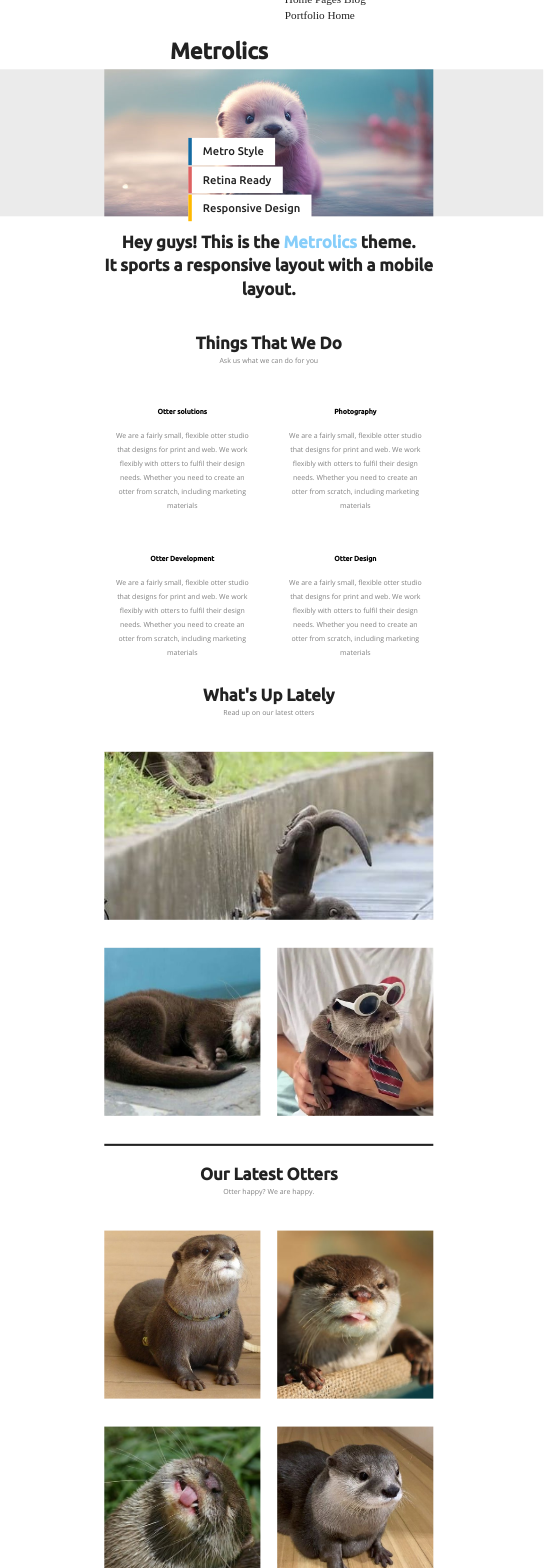
Repository: kennyharman/Marlowe_Kenny_Lab_02B
Page: index.html
These files come from the project's save history. The page is drawn as it stood at one moment and after the next save; the edit follows.
The browser window is 768 px wide. The page is 784 px wide, so the pictures cover 784 px, including what lies to the right of the window. The pictures show the part of the page from y = 0 to 2240 px (the page is 4046 px tall), at 70% of full size.

Above is the page before, as saved 2024-02-09 18:29:22.

### index.html
<!doctype html>
<html class="no-js" lang="EN">

<head>
  <meta charset="utf-8">
  <meta name="viewport" content="width=device-width, initial-scale=1">
  <title></title>
  <link rel="stylesheet" href="css/style.css">
  <link href="https://fonts.googleapis.com/css2?family=Open+Sans:ital,wght@0,400;0,700;1,400&family=Ubuntu:ital,wght@0,300;0,500;1,300&display=swap" rel="stylesheet">
  <meta name="description" content="">

  <meta property="og:title" content="Metrolics page">
  <meta property="og:type" content="website">
  <meta property="og:url" content="http://localhost:8888/metrolics/">

  <link rel="icon" href="/favicon.ico" sizes="any">
  <link rel="icon" href="/icon.svg" type="image/svg+xml">
  <link rel="apple-touch-icon" href="icon.png">

  <link rel="manifest" href="site.webmanifest">
  <meta name="theme-color" content="#fafafa">
</head>

<body class="page">
  <script src="js/app.js"></script>

<header class="page__header">
  <div class="row m-col-2 l-col-2 menu">
    <div class="col header__menu-logo">
      <h1>Metrolics</h1>
    </div>
    <div class="col header__menu-nav">
      Home
      Pages
      Blog
      Portfolio
      Home
    </div>
</header>

<main>
  <div class="page__banner">
    <div class="col banner-header">
      <img src="images/pink_otter.jpg">
      <ul class="listed-items">
        <li>Metro Style</li>
        <li>Retina Ready</li>
        <li>Responsive Design</li>
      </ul>
    </div>
  </div>
  <div class="page__section">
    <div class="row header">
      <div class="col header-text">
        <h2>Hey guys! This is the <span class="text__color-change">Metrolics</span> theme.<br/>It sports a responsive layout with a mobile layout.</h2>
      </div>
    </div>
  </div>

  <div class="section-services">
    <div class="row m-col-2 l-col-4">
      <div class="col m-row-span l-row-span heading">
        <h3>Things That We Do</h3>
        <p>Ask us what we can do for you</p>
      </div>
      <div class="col services-card">
        <h4>Otter solutions</h4>
        We are a fairly small, flexible otter studio that designs for print and web. We work flexibly with otters to fulfil their design needs. Whether you need to create an otter from scratch, including marketing materials
      </div>
      <div class="col services-card">
        <h4>Photography</h4>
        We are a fairly small, flexible otter studio that designs for print and web. We work flexibly with otters to fulfil their design needs. Whether you need to create an otter from scratch, including marketing materials
      </div>
      <div class="col services-card">
        <h4>Otter Development</h4>
        We are a fairly small, flexible otter studio that designs for print and web. We work flexibly with otters to fulfil their design needs. Whether you need to create an otter from scratch, including marketing materials
      </div>
      <div class="col services-card">
        <h4>Otter Design</h4>
        We are a fairly small, flexible otter studio that designs for print and web. We work flexibly with otters to fulfil their design needs. Whether you need to create an otter from scratch, including marketing materials
      </div>
    </div>
  </div>
    </div>
  </div>

  <div class="section-work">
    <div class="row m-col-2 l-col-3">
      <div class="col m-row-span l-row-span heading">
        <h3>What's Up Lately</h3>
        <p>Read up on our latest otters</p>
      </div>
      <div class="col m-row-span image">
        <img src="images/otter7.jpg" alt="Otter Fall">
      </div>
      <div class="col image">
        <img src="images/otter8.jpg" alt="Sleepy Otter">
      </div>
      <div class="col image">
        <img src="images/otter9.jpg" alt="Madi the Otter">
      </div>
    </div>
  </div>

  <div class="section-projects">
    <div class="row m-col-2 l-col-3">
      <div class="col m-row-span l-row-span heading">
        <h3>Our Latest Otters</h3>
        <p>Otter happy? We are happy.</p>
      </div>
      <div class="col image">
        <img src="images/otter1.jpg" alt="Curious Otter">
      </div>
      <div class="col image">
        <img src="images/otter2.jpg" alt="Teasing Otter">
      </div>
      <div class="col image">
        <img src="images/otter3.jpg" alt="Otter Playing Dead">
      </div>
      <div class="col image">
        <img src="images/otter4.jpg" alt="Pondering Otter">
      </div>
      <div class="col image">
        <img src="images/otter5.jpg" alt="Loving Otters">
      </div>
      <div class="col image">
        <img src="images/otter6.jpg" alt="Wise Otter">
      </div>
    </div>
  </div>

  <div class="section-misc">
    <div class="row l-col-2">
      <div class="col l-row-span heading">
        <h3>Thingsofabove</h3>
        <p>Misc otters we could not put anyplace else</p>
      </div>
      <div class="col misc-content">
        <img src="images/otter10.jpg" alt="Snazzy Otter">
      </div>
      <div class="col misc-content">
        <img src="images/otter11.jpg" alt="Hello Kitty Otter">
      </div>
    </div>
  </div>

  <div class="section-affiliates">
    <div class="row m-col-5 l-col-5">
      <div class="col affiliates-card">
        <img src="images/otter12.jpg" alt="Otter Hug">
      </div>
      <div class="col affiliates-card">
        <img src="images/otter13.jpg" alt="Otter Stretch">
      </div>
      <div class="col affiliates-card">
        <img src="images/otter14.jpg" alt="Surprised Otter">
      </div>
      <div class="col affiliates-card">
        <img src="images/otter15.jpg" alt="Otter Bath">
      </div>
      <div class="col affiliates-card">
        <img src="images/otter16.jpg" alt="Otter Bear">
      </div>
    </div>
  </div>
</main>
<footer class="page__footer">
  <div class="row m-col-2 l-col-4 footer">
    <div class="col m-row-span l-row-span footer-heading">
      <h3>Peewee Herman</h3>
      <p>Peewee has over 10 years experience in the industry. He is our Creative Director, digital designer, web designer and front-end developer. He is also pretty good with a sketchbook. Before starting the company Peewee worked as a designer and studio manager for a design house who boasted a number of big name clients.</p>
    </div>
    <div class="col footer-item">
      <h3>About Us</h3>
    </div>
    <div class="col footer-item">
      <h3>Flickr Photos</h3>
    </div>
    <div class="col footer-item">
      <h3>Recent Tweets</h3>
    </div>
    <div class="col footer-item">
      <h3>Newsletter</h3>
    </div>
  </div>
</footer>
</body>

### css/style.css
/*! HTML5 Boilerplate v9.0.0-RC1 | MIT License | https://html5boilerplate.com/ */

/* main.css 3.0.0 | MIT License | https://github.com/h5bp/main.css#readme */
/*
 * What follows is the result of much research on cross-browser styling.
 * Credit left inline and big thanks to Nicolas Gallagher, Jonathan Neal,
 * Kroc Camen, and the H5BP dev community and team.
 */

/* ==========================================================================
   Base styles: opinionated defaults
   ========================================================================== */
  :root{
    --green : #25c389;
    --yellow: #ffb901;
    --red: #de6262;
    --blue: #1691bd;
    --dark-blue: #166ba2;
    --lighter-green: #56caa3;
    --lighter-yellow: #ffc634;
    --lighter-red: #e78383;
    --lighter-blue: #42a9cc;
    --lighter-dark-blue: #4589b8;
    --light-gray: #ebebeb;
  }


  html {
  color: #222;
  font-size: 1em;
  line-height: 1.4;
  margin-left: -1rem;
  margin-right: -1rem;
  margin-top: -2rem;
}

/*
 * Remove text-shadow in selection highlight:
 * https://twitter.com/miketaylr/status/12228805301
 *
 * Customize the background color to match your design.
 */

::-moz-selection {
  background: #b3d4fc;
  text-shadow: none;
}

::selection {
  background: #b3d4fc;
  text-shadow: none;
}

/*
 * A better looking default horizontal rule
 */

hr {
  display: block;
  height: 1px;
  border: 0;
  border-top: 1px solid #ccc;
  margin: 1em 0;
  padding: 0;
}

/*
 * Remove the gap between audio, canvas, iframes,
 * images, videos and the bottom of their containers:
 * https://github.com/h5bp/html5-boilerplate/issues/440
 */

audio,
canvas,
iframe,
img,
svg,
video {
  vertical-align: middle;
}

/*
 * Remove default fieldset styles.
 */

fieldset {
  border: 0;
  margin: 0;
  padding: 0;
}

/*
 * Allow only vertical resizing of textareas.
 */

textarea {
  resize: vertical;
}

/* ==========================================================================
   Author's custom styles
   ========================================================================== */

/* ==========================================================================
   Helper classes
   ========================================================================== */

/*
 * Hide visually and from screen readers
 */

.hidden,
[hidden] {
  display: none !important;
}

/*
 * Hide only visually, but have it available for screen readers:
 * https://snook.ca/archives/html_and_css/hiding-content-for-accessibility
 *
 * 1. For long content, line feeds are not interpreted as spaces and small width
 *    causes content to wrap 1 word per line:
 *    https://medium.com/@jessebeach/beware-smushed-off-screen-accessible-text-5952a4c2cbfe
 */

.visually-hidden {
  border: 0;
  clip: rect(0, 0, 0, 0);
  height: 1px;
  margin: -1px;
  overflow: hidden;
  padding: 0;
  position: absolute;
  white-space: nowrap;
  width: 1px;
  /* 1 */
}

/*
 * Extends the .visually-hidden class to allow the element
 * to be focusable when navigated to via the keyboard:
 * https://www.drupal.org/node/897638
 */

.visually-hidden.focusable:active,
.visually-hidden.focusable:focus {
  clip: auto;
  height: auto;
  margin: 0;
  overflow: visible;
  position: static;
  white-space: inherit;
  width: auto;
}

/*
 * Hide visually and from screen readers, but maintain layout
 */

.invisible {
  visibility: hidden;
}

/*
 * Clearfix: contain floats
 *
 * The use of `table` rather than `block` is only necessary if using
 * `::before` to contain the top-margins of child elements.
 */

.clearfix::before,
.clearfix::after {
  content: "";
  display: table;
}

.clearfix::after {
  clear: both;
}

/* ==========================================================================
   EXAMPLE Media Queries for Responsive Design.
   These examples override the primary ('mobile first') styles.
   Modify as content requires.
   ========================================================================== */

@media only screen and (min-width: 35em) {
  /* Style adjustments for viewports that meet the condition */
}

@media print,
  (-webkit-min-device-pixel-ratio: 1.25),
  (min-resolution: 1.25dppx),
  (min-resolution: 120dpi) {
  /* Style adjustments for high resolution devices */
}

/* ==========================================================================
   Print styles.
   Inlined to avoid the additional HTTP request:
   https://www.phpied.com/delay-loading-your-print-css/
   ========================================================================== */

@media print {
  *,
  *::before,
  *::after {
    background: #fff !important;
    color: #000 !important;
    /* Black prints faster */
    box-shadow: none !important;
    text-shadow: none !important;
  }

  a,
  a:visited {
    text-decoration: underline;
  }

  a[href]::after {
    content: " (" attr(href) ")";
  }

  abbr[title]::after {
    content: " (" attr(title) ")";
  }

  /*
   * Don't show links that are fragment identifiers,
   * or use the `javascript:` pseudo protocol
   */
  a[href^="#"]::after,
  a[href^="javascript:"]::after {
    content: "";
  }

  pre {
    white-space: pre-wrap !important;
  }

  pre,
  blockquote {
    border: 1px solid #999;
    page-break-inside: avoid;
  }

  tr,
  img {
    page-break-inside: avoid;
  }

  p,
  h2,
  h3 {
    orphans: 3;
    widows: 3;
  }

  h2,
  h3 {
    page-break-after: avoid;
  }
}

/* Our Styling */

h1,
h2,
h3,
h4,
h5,
h6 {
    font-family: 'Ubuntu', sans-serif;
}

p {
    font-family: 'Open Sans', sans-serif;
}

.row {
  display: grid;
  margin-top: 2rem;
  column-gap: 1rem;
}
.col {
  position: relative;
  max-height: 100%;

}

.page__header,
.banner-header,
.page__section,
.section-services,
.section-work,
.section-projects,
.section-misc,
.section-affiliates,
.footer {
  margin: auto;
  width: 60%;
}

.heading {
  display: flex;
  flex-direction: column;
  align-items: center;
  padding: 0 auto;
}

.heading > h3 {
  margin-bottom: 0;
  font-size: 24px;
}

.heading > p {
  margin-top: 0;
  font-size: 10px;
  color: grey;
}

.header-text {
  text-align: center;
}

.text__color-change {
  color: lightskyblue;
}

.listed-items {
  position: absolute;
  top: 5rem;
  left: 5rem;
  list-style-type: none;
}

.listed-items > li {
  background-color: white;
  margin-top: 2px;
  padding-top: 0.5rem;
  padding-bottom: 0.5rem;
  font-family: 'Ubuntu', sans-serif;
}

.listed-items li:nth-child(1) {
  border-left: solid 5px var(--dark-blue);
  padding-left: 1rem;
  padding-right: 1rem;
  width: fit-content;
}

.listed-items li:nth-child(2) {
  border-left: solid 5px var(--red);
  padding-left: 1rem;
  padding-right: 1rem;
  width: fit-content;
}

.listed-items li:nth-child(3) {
  border-left: solid 5px var(--yellow);
  padding-left: 1rem;
  padding-right: 1rem;
  width: fit-content;
}

.banner-header {
  position: relative;
}

.services-card {
  text-align: center;
  font-size: 10px;
  padding: 10px;
  color: grey;
  font-family: 'Open Sans', sans-serif;
  line-height: 20px;
}

.services-card > h4 {
  color: black;
}

.image {
  width: 100%;
  height: 15rem;
  margin-top: 1rem;
}

.image > img {
  width: 100%;
  height: 100%;
  object-fit: cover;
}

.misc-content {
  margin-top: 1.5rem;
  margin: 0.7rem;
  margin-bottom: -2rem;
}

.misc-content > img {
  width: 100%;
  height: 85%;
}

.affiliates-card {
  margin: 0.7rem;
  margin-bottom: 3rem;
}

.affiliates-card > img {
  width: 100%;
  height: 85%;
}

.banner-header {
  justify-content: center;
}

.banner-header > img {
  width: 100%;
  max-height: 70%;
}

.page__banner {
  background-color: var(--light-gray);
}

.header__menu-nav {
  display: flex;
}

.header__menu-nav__item {
  width: 8rem;
  height: 6.8rem;
  display: flex;
  justify-content: flex-end;
  align-items: center;
  font-family: 'Open Sans', sans-serif;
  flex-direction: column;
  padding-top: 1rem;
}

.header__menu-nav__item:nth-of-type(1) {
  background-color: var(--green);
}

.header__menu-nav__item:nth-of-type(2) {
  background-color: var(--yellow);
}

.header__menu-nav__item:nth-of-type(3) {
  background-color: var(--red);
}

.header__menu-nav__item:nth-of-type(4) {
  background-color: var(--blue);
}

.header__menu-nav__item:nth-of-type(5) {
  background-color: var(--dark-blue);
}

.page__header {
  height: 7rem;
}

.menu {
  display:flex;
  justify-content: space-around;
  gap: 8rem;
  height: 83%;
  width: 60%;
  margin-top: -1rem;
  margin-bottom: -2rem;
}

.header__menu-logo {
  padding-top: 3rem;
  display: flex;
  align-items: center;
  gap: 1rem;
}

.header__menu-logo__icon {
  width: 1.5rem;
  height: 1.5rem;
}


.page__header {
  display: flex;
  align-items: center;
  justify-content: space-around;
  gap: 2rem;
  height: 9rem;
}
.header__menu-nav__item__image {
  display: flex;
  align-items: center;
  justify-content: center;
  width: 2.5rem;
  height: 2.5rem;
  border-radius: 100%;
}

.lighter__green__background {
  background-color: var(--lighter-green);
}

.lighter__yellow__background {
  background-color: var(--lighter-yellow);
}

.lighter__red__background {
  background-color: var(--lighter-red);
}

.lighter__blue__background {
  background-color: var(--lighter-blue);
}

.lighter__dark-blue__background {
  background-color: var(--lighter-dark-blue);
}

.header__menu-nav__item__image > img {
  width: 1.5rem;
}

.page__footer {
  background-color: rgb(10, 10, 56);
  color: white;
}

.section-work {
  border-bottom: 3px solid;
  padding-bottom: 2.5rem;
}

.section-projects {
  padding-bottom: 2.5rem;
}

.header__menu-nav__item__text {
  width: 90%;
  height: 50%;
  padding-left: 1rem;
  padding-top: 1rem;
  margin-bottom: -0.7rem;
}

.header__menu-nav__item__text > p {
  font-size: 0.8rem;
  color: white;
}

/* Small only */
@media screen and (max-width: 39.9375em) {
  .page__header,
.banner-header,
.page__section,
.section-services,
.section-work,
.section-projects,
.section-misc,
.section-affiliates,
.footer {
  margin: auto;
  width: 20rem;
}

.header {
  margin: -5px;
}
  .header__menu-nav {
    display: none;
  }
  .page__banner {
    display: none;
  }
  .affiliates {
    display: none;
  }
  .misc {
    display: none;
  }
  .services-card {
    text-align: left;
    font-size: 12px;
    padding: 0px;
    color: grey;
    font-family: 'Open Sans', sans-serif;
    line-height: 15px;
    padding-top: 20px;
  }
  .services-card > h4 {
    line-height: 0px;
  }
  .section-misc {
    display: none;
  }
  .section-affiliates {
    display: none;
  }
  .fa-bars {
    color: white;
    display: flex;
    justify-content: center;
    align-items: center;
    background-color: var(--blue);
    padding-right: 0.70rem;
    padding-left: 0.70rem;
    padding-top: 0.75rem;
    height: 2.7rem;
    margin-top: 3rem;
  }
  .page__header {
    display: flex;

  }
}

/* Medium only */
@media screen and (min-width: 40em) and
(max-width: 63.9375em) {
  .row {
    max-width: 70rem;
    column-gap: 1.5rem;
    row-gap: 1.5rem;
    margin: 0 auto;
  }
  .m-col-2 {
    grid-template-columns: 1fr 1fr;
  }
  .m-col-3 {
    grid-template-columns: repeat(3, 1fr);
  }
  .m-col-4 {
    grid-template-columns: repeat(4, 1fr);
  }
  .m-col-5 {
    grid-template-columns: repeat(5, 1fr);
  }

  .m-row-span {
    grid-column-start: 1;
    grid-column-end: -1;
  }

  .header__menu-nav__item {
    height: 97%;
  }

  .fa-bars {
    display: none !important;
  }
  .header__menu-nav__item {
    width: 6rem;
    height: 4.8rem;
    display: flex;
    justify-content: flex-end;
    align-items: center;
    font-family: 'Open Sans', sans-serif;
    flex-direction: column;
    padding-top: 1.5rem;
    padding-bottom: 0.7rem;
  }
  .header__menu-logo__text {
    font-size: 12px;
  }
  .page__banner {
    margin-top: -1.3rem;
  }
}

/* Large only */
@media screen and (min-width: 64em) {
  .l-col-2 {
    grid-template-columns: 1fr 1fr;
  }
  .l-col-3 {
    grid-template-columns: repeat(3, 1fr);
  }
  .l-col-4 {
    grid-template-columns: repeat(4, 1fr);
  }
  .l-col-5 {
    grid-template-columns: repeat(5, 1fr);
  }

  .l-row-span {
    grid-column-start: 1;
    grid-column-end: -1;
  }

  .fa-bars {
    display: none !important;
  }
}

Loaded but not shown: js/app.js (no stored copy; drawn as an empty file)

After the next save:
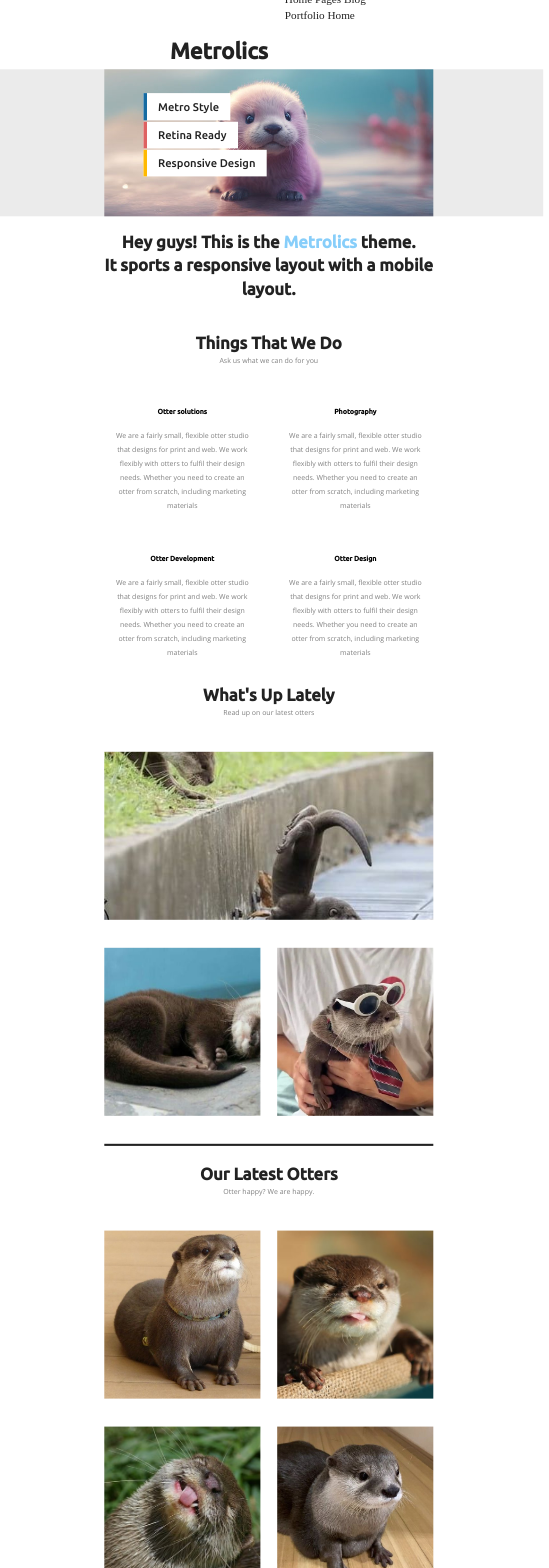
Saved 109 s later.
--- a/css/style.css
+++ b/css/style.css
@@ -672,6 +672,10 @@ p {
   .page__banner {
     margin-top: -1.3rem;
   }
+  .listed-items {
+    top: 1rem;
+    left: 1rem;
+  }
 }
 
 /* Large only */
